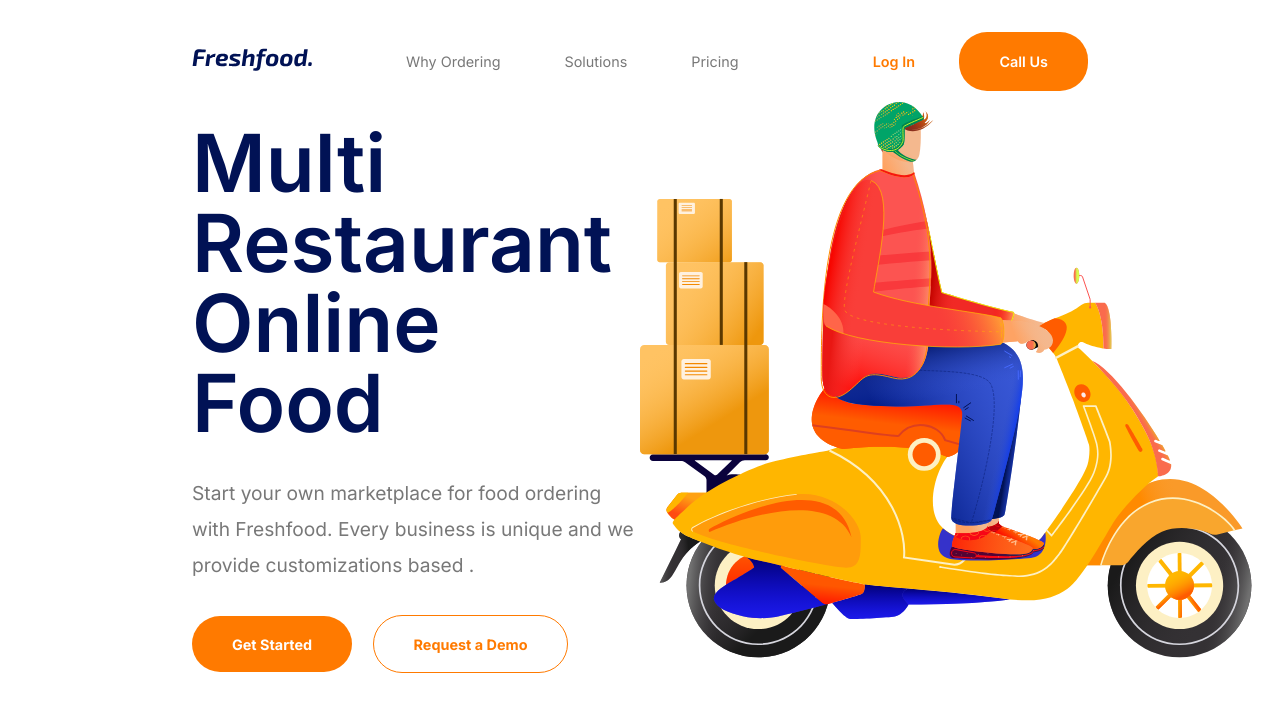
Repository: badhon252/FreshFood
Page: index.html
The author's editor kept a copy of each file at every save. The page is drawn from the files as they stood at one save, then again after the next save.
The browser window is 1280 px wide. The pictures show the whole page.
The style sheet was rebuilt from its Sass, Less or Tailwind sources for each picture, by a compiler version that may differ from the author's.

Above is the page before, as saved 2022-09-06 00:34:56.

### index.html
<!DOCTYPE html>
<html lang="en">

<head>
    <meta charset="UTF-8">
    <meta http-equiv="X-UA-Compatible" content="IE=edge">
    <meta name="viewport" content="width=device-width, initial-scale=1.0">
    <link rel="stylesheet" href="./scss/style.css">
    <title>Document</title>
</head>

<body>
    <header class="container">
        <nav class="navbar">
            <div class="navbar-brand">
                <img src="./images/Freshfood.svg" alt="">
            </div>
            <ul class="navs">
                <li class="nav-item"><a href="" class="nav-link">Why Ordering</a></li>
                <li class="nav-item"><a href="" class="nav-link">Solutions</a></li>
                <li class="nav-item"><a href="" class="nav-link">Pricing</a></li>
            </ul>
            <div class="logs">
                <button class="btn">Log In</button>
                <button class="btn call">Call Us</button>
            </div>
        </nav>

        <div class="header-content">
            <div class="row">
                <div class="col-md-6">
                    <h1>Multi Restaurant <br> Online Food</h1>
                    <p>Start your own marketplace for food ordering <br> with Freshfood. Every business is unique and we
                        <br>
                        provide customizations
                        based .
                    </p>
                    <button class="btn start-btn">Get Started</button>
                    <button class="btn demo-btn">Request a Demo</button>
                </div>
                <div class="col-md-6"><img src="./images/Group 5402.svg" alt=""></div>
            </div>
        </div>

    </header>
</body>

</html>

### scss/style.scss
@import url("https://fonts.googleapis.com/css2?family=Inter:wght@400;600;700;800;900&display=swap");
* {
  margin: 0%;
  padding: 0%;
  box-sizing: border-box;
  font-family: "Inter", sans-serif;
}

.container {
  margin: 2rem 12rem;
}
.btn {
  outline: none;
  border: none;
  padding: 1.2rem 2.5rem;
  background-color: transparent;
}

.row {
  display: flex;
  justify-content: space-between;
  align-items: center;
  max-width: 100%;
  .col-md-6 {
    max-width: 50%;
  }
}

h1 {
  font-weight: 600;
  font-size: 60px;
  line-height: 80px;
  /* or 133% */

  color: #011255;
}
//=====
//=====
//=====
.navbar {
  display: flex;
  justify-content: space-between;
  align-items: center;
  ul {
    display: flex;
    li {
      margin: 1rem 2rem;
      list-style-type: none;
      .nav-link {
        text-decoration: none;
        color: black;
        font-weight: 500;
        font-size: 0.9rem;
        line-height: 21px;
        /* identical to box height */

        text-align: center;

        color: #787878;
      }
    }
  }

  .btn {
    font-weight: 500;
    font-size: 0.9rem;
    line-height: 21px;
    /* identical to box height */
    font-weight: 600;
    color: #ff7a00;
  }
  .call {
    background: #ff7a00;
    border-radius: 28px;
    color: #fff;
  }
}

.header-content {
  h1 {
    font-size: 5rem;
    margin: 2rem 0;
  }
  p {
    font-size: 1.2rem;
    margin: 2rem 0;
    line-height: 36px;
    color: #787878;
    font-weight: 500;
  }
  .btn {
    background: #ff7a00;
    border-radius: 60px;
    font-size: 0.9rem;
    font-weight: 700;
  }
  .start-btn {
    color: #fff;
    margin-right: 1rem;
  }
  .demo-btn {
    background-color: #ffffff;
    border: 1px solid #ff7a00;
    color: #ff7a00;
  }
}

After the next save:
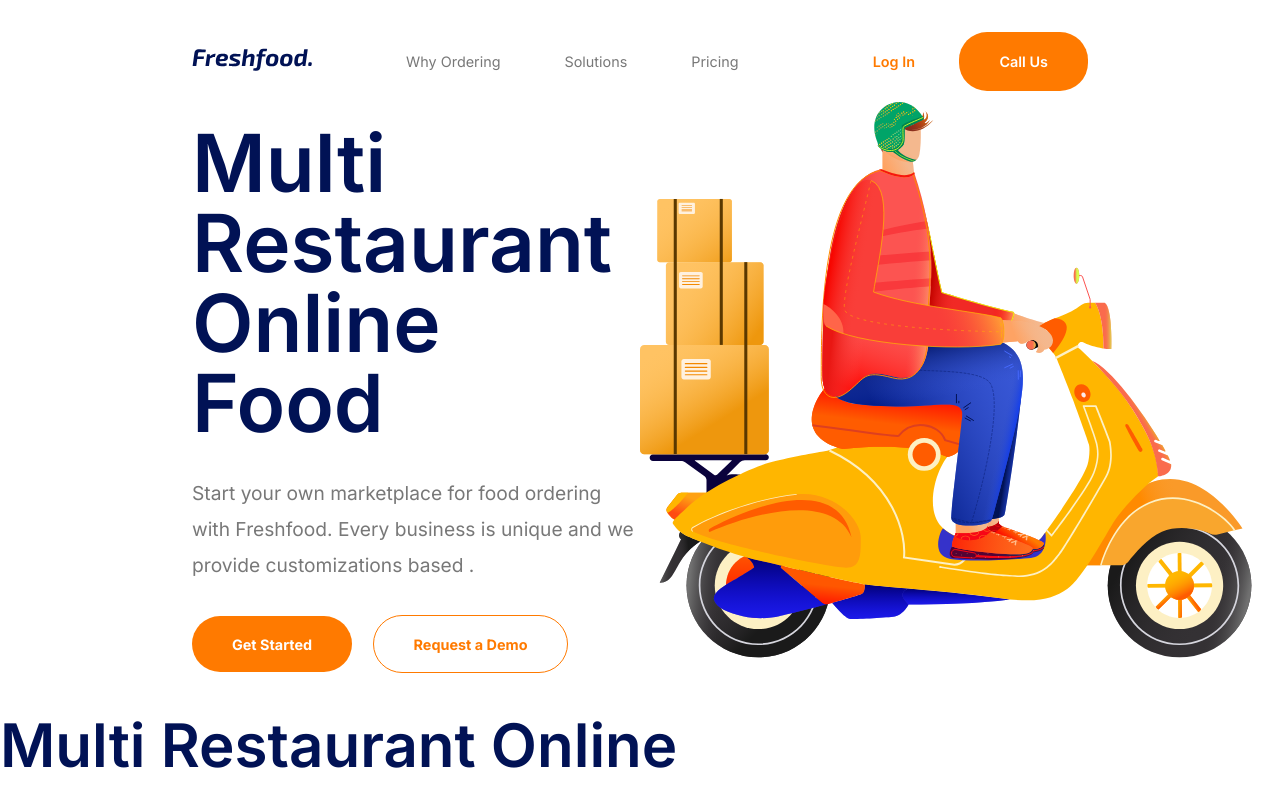
Saved 2 min 12 s later.
--- a/index.html
+++ b/index.html
@@ -43,6 +43,10 @@
         </div>
 
     </header>
+
+    <section class="second-section">
+        <h1>Multi Restaurant Online</h1>
+    </section>
 </body>
 
 </html>
